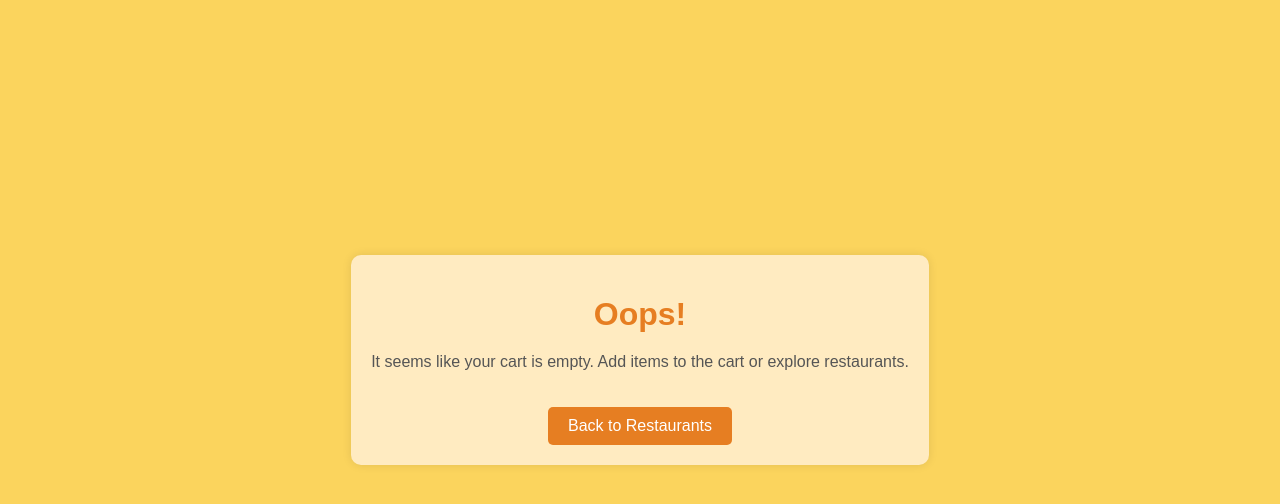
Repository: SWATHIBHUMA/FoodDelivaryApp
Page: http://localhost/FoodDelivaryApp/errorPage.jsp
An editor plug-in stored every save of this project. The page is shown before and after the next save, followed by the edit.
The browser window is 1280 px wide. The pictures show the whole page.
The page is served by Tomcat 9. Other server files are loaded and not shown.

Above is the page before, as saved 2024-01-14 11:57:00.

### FoodDelivaryApp/src/main/webapp/errorPage.jsp
<%@ page language="java" contentType="text/html; charset=UTF-8" pageEncoding="UTF-8"%>

<!DOCTYPE html>
<html lang="en">
<head>
    <meta charset="UTF-8">
    <meta http-equiv="X-UA-Compatible" content="IE=edge">
    <meta name="viewport" content="width=device-width, initial-scale=1.0">
    <title>Error - Nothing in Cart</title>
    <style>
        body {
            font-family: 'Arial', sans-serif;
            background-color: #fbd45d; /* Warm yellow background */
            margin: 0;
            padding: 0;
            display: flex;
            align-items: center;
            justify-content: center;
            height: 100vh;
            text-align: center;
        }

        #error-message {
            background-color: #ffebc1; /* Light orange background */
            padding: 20px;
            border-radius: 10px;
            box-shadow: 0 0 10px rgba(0, 0, 0, 0.1);
            animation: fadeInUp 1s ease; /* Add fade-in animation */
        }

        h1 {
            color: #e67e22; /* Dark orange text */
            margin-bottom: 20px;
            animation: bounce 1s forwards; /* Change infinite to forwards for single time bounce */
        }

        p {
            color: #555;
            font-size: 16px;
            animation: fadeIn 1s ease; /* Add fade-in animation */
        }

        .back-to-restaurants-btn {
            display: inline-block;
            margin-top: 20px;
            padding: 10px 20px;
            background-color: #e67e22; /* Dark orange button background */
            color: #fff;
            text-decoration: none;
            border-radius: 5px;
            transition: background-color 0.3s ease;
        }

        .back-to-restaurants-btn:hover {
            background-color: #d35400; /* Slightly darker orange on hover */
        }

        @keyframes bounce {
            0%, 20%, 50%, 80%, 100% {
                transform: translateY(0);
            }
            40% {
                transform: translateY(-20px);
            }
            60% {
                transform: translateY(-10px);
            }
        }

        @keyframes fadeIn {
            from {
                opacity: 0;
            }
            to {
                opacity: 1;
            }
        }

        @keyframes fadeInUp {
            from {
                opacity: 0;
                transform: translateY(20px);
            }
            to {
                opacity: 1;
                transform: translateY(0);
            }
        }
    </style>
</head>
<body>
    <div id="error-message">
        <h1>Oops!</h1>
        <p>It seems like your cart is empty. Add items to the cart or explore restaurants.</p>
        <a href="<%= request.getContextPath() %>/Restaurants" class="back-to-restaurants-btn">Back to Restaurants</a>
    </div>
</body>
</html>

After the next save:
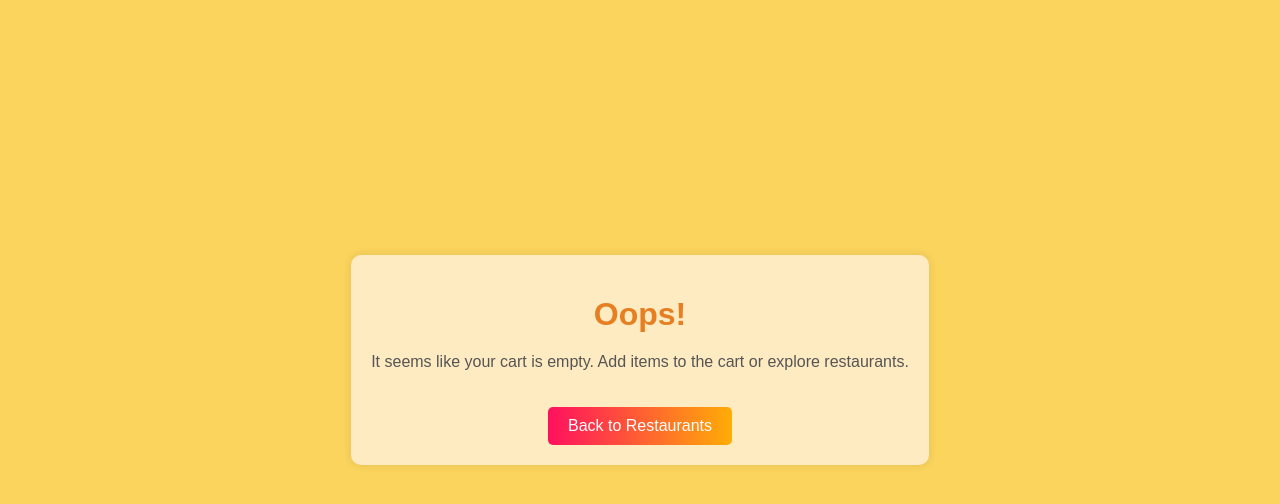
Saved 27 s later.
--- a/FoodDelivaryApp/src/main/webapp/errorPage.jsp
+++ b/FoodDelivaryApp/src/main/webapp/errorPage.jsp
@@ -44,7 +44,7 @@
             display: inline-block;
             margin-top: 20px;
             padding: 10px 20px;
-            background-color: #e67e22; /* Dark orange button background */
+            background: linear-gradient(to right, #ff105f,#ffad06);
             color: #fff;
             text-decoration: none;
             border-radius: 5px;
